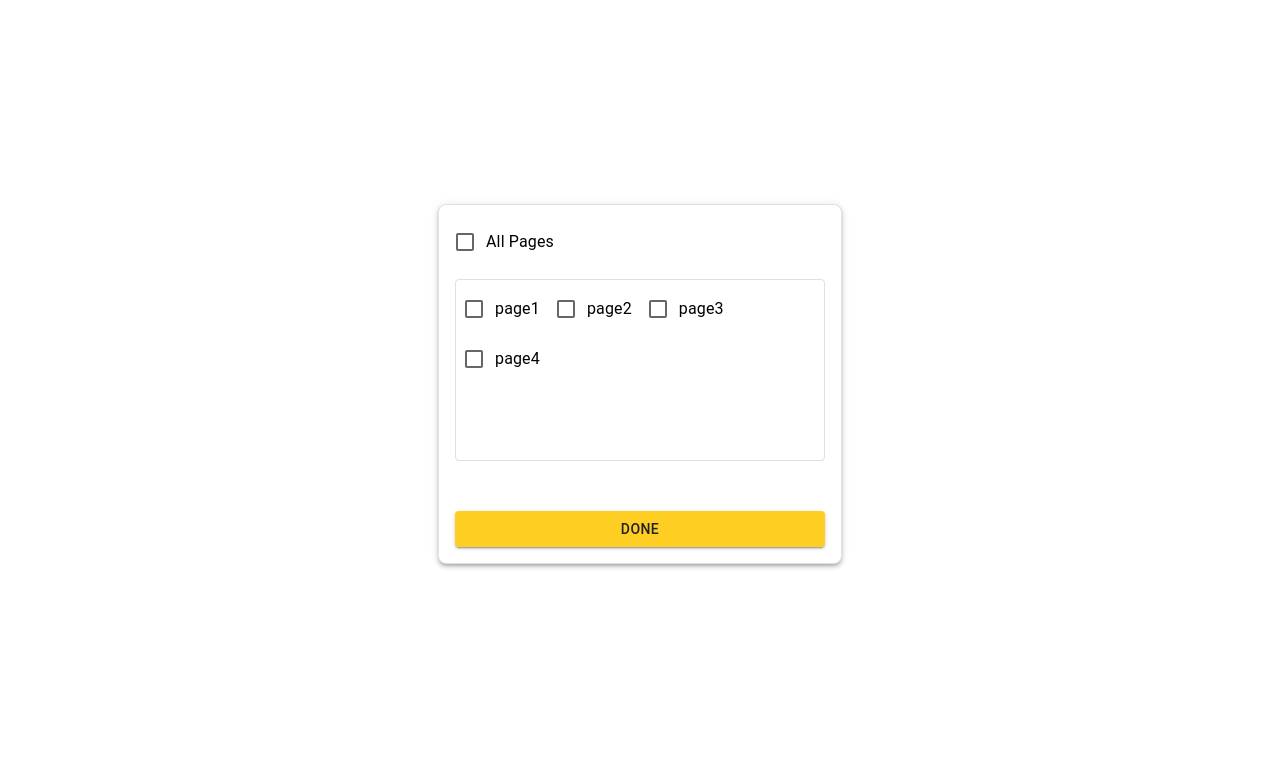
Repository: Tabishhaider72/Ellty-Test
Page: /
The author's editor kept a copy of each file at every save. The page is drawn from the files as they stood at one save, then again after the next save.
The browser window is 1280 px wide. The pictures show the whole page.
The project was rebuilt for these pictures with package versions that can differ from the ones it lists, and the page was loaded fresh each time. Also part of the build but not shown: vite.config.js, src/index.css.

Above is the page before, as saved 2024-08-28 14:51:00.

### src/App.jsx
import React, { useState } from 'react';
import Box from '@mui/material/Box';
import Checkbox from '@mui/material/Checkbox';
import FormControlLabel from '@mui/material/FormControlLabel';
import Button from '@mui/material/Button';

function PageSelector() {
  const [allChecked, setAllChecked] = useState(false);
  const [pages, setPages] = useState({
    page1: false,
    page2: false,
    page3: false,
    page4: false,
  });

  const handleAllCheck = () => {
    const newCheckedStatus = !allChecked;
    setAllChecked(newCheckedStatus);
    setPages({
      page1: newCheckedStatus,
      page2: newCheckedStatus,
      page3: newCheckedStatus,
      page4: newCheckedStatus,
    });
  };

  const handlePageCheck = (page) => {
    const newPages = { ...pages, [page]: !pages[page] };
    setPages(newPages);
    setAllChecked(Object.values(newPages).every((val) => val === true));
  };

  return (
    <Box
      sx={{
        display: 'flex',
        justifyContent: 'center',
        alignItems: 'center',
        height: '100vh',
        padding: 2,
      }}
    >
      <Box
        sx={{
          width: 370,
          height: 326,
          backgroundColor: 'white',
          border: '1px solid',
          borderColor: 'grey.300',
          boxShadow: 3,
          borderRadius: 2,
          p: 2,
          display: 'flex',
          flexDirection: 'column',
        }}
      >
        <Box sx={{ mb: 2 }}>
          <FormControlLabel
            control={
              <Checkbox
                checked={allChecked}
                onChange={handleAllCheck}
                color="primary"
              />
            }
            label="All Pages"
          />
        </Box>
        <Box
          sx={{
            overflowY: 'auto',
            height: 164,
            mb: 2,
            border: '1px solid',
            borderColor: 'grey.300',
            borderRadius: 1,
            p: 1,
          }}
        >
          {Object.keys(pages).map((page) => (
            <FormControlLabel
              key={page}
              control={
                <Checkbox
                  checked={pages[page]}
                  onChange={() => handlePageCheck(page)}
                  color="primary"
                />
              }
              label={page}
              sx={{ mb: 1 }}
            />
          ))}
        </Box>
        <Box sx={{ mt: 'auto' }}>
          <Button
            variant="contained"
            sx={{
              width: '100%',
              borderRadius: 1,
              backgroundColor: '#FFCE22', // Orange color
              color: '#1F2128', // Black color
              '&:hover': {
                backgroundColor: '#FFD84D', // Lighter Orange color on hover
              },
            }}
          >
            Done
          </Button>
        </Box>
      </Box>
    </Box>
  );
}

export default PageSelector;

Loaded but not shown: index.html (common file); src/main.jsx (common file)

After the next save:
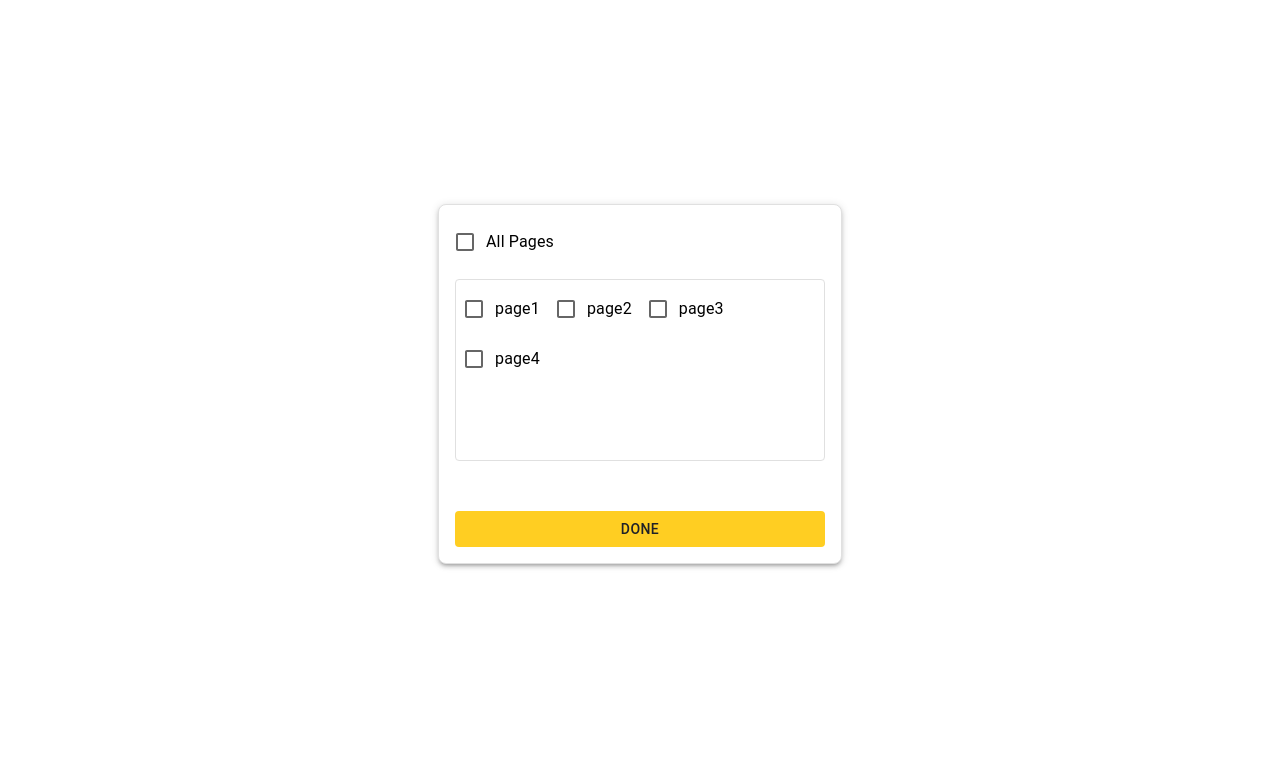
Saved 2 min 55 s later.
--- a/src/App.jsx
+++ b/src/App.jsx
@@ -98,10 +98,12 @@ function PageSelector() {
             sx={{
               width: '100%',
               borderRadius: 1,
-              backgroundColor: '#FFCE22', // Orange color
+              backgroundColor: '#FFCE22', // Website color/Orange
               color: '#1F2128', // Black color
+              boxShadow: 'none', // Remove shadow
               '&:hover': {
-                backgroundColor: '#FFD84D', // Lighter Orange color on hover
+                backgroundColor: '#FFD84D', // Lighter Orange color
+                boxShadow: 'none', // Remove shadow on hover
               },
             }}
           >
